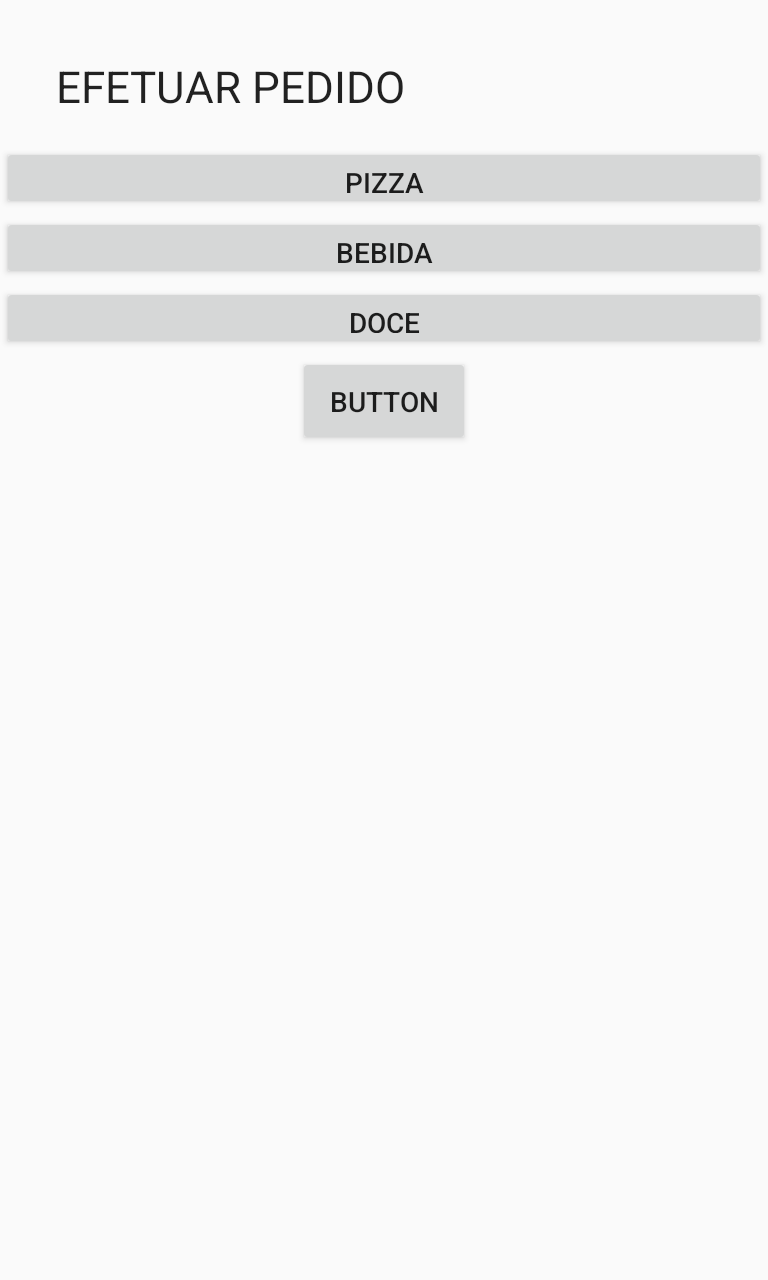
Repository: LucasSampaio/SysPizza-PSI
Layout: CodigoFonte/MOBILE/SysPizza/res/layout/activity_efetuar_pedido.xml
The author's editor kept a copy of each file at every save. The layout is drawn from the files as they stood at one save, then again after the next save.
It is drawn on a 768 x 1280 px phone screen (xhdpi) without system bars, with theme AppTheme; the app's code is not run.

Above is the layout before, as saved 2014-09-25 13:08:12.

### CodigoFonte/MOBILE/SysPizza/res/layout/activity_efetuar_pedido.xml
<?xml version="1.0" encoding="utf-8"?>
<RelativeLayout xmlns:android="http://schemas.android.com/apk/res/android"
    android:layout_width="match_parent"
    android:layout_height="match_parent"
    android:orientation="vertical" >

    <TextView
        android:id="@+id/textView1"
        android:layout_width="wrap_content"
        android:layout_height="wrap_content"
        android:layout_alignParentLeft="true"
        android:layout_alignParentTop="true"
        android:layout_marginLeft="28dp"
        android:layout_marginTop="28dp"
        android:text="EFETUAR PEDIDO"
        android:textAppearance="?android:attr/textAppearanceLarge" />

    <Button
        android:id="@+id/btPizzaEfetuarPedido"
        android:layout_width="fill_parent"
        android:layout_height="35dp"
        android:layout_below="@+id/textView1"
        android:layout_centerHorizontal="true"
        android:layout_marginTop="14dp"
        android:text="Pizza" />

    <Button
        android:id="@+id/btBebidaEfetuarPedido"
        android:layout_width="fill_parent"
        android:layout_height="35dp"
        android:layout_below="@+id/btPizzaEfetuarPedido"
        android:layout_centerHorizontal="true"
        android:text="Bebida" />

    <Button
        android:id="@+id/btDoceEfetuarPedido"
        android:layout_width="fill_parent"
        android:layout_height="35dp"
        android:layout_alignParentRight="true"
        android:layout_below="@+id/btBebidaEfetuarPedido"
        android:text="Doce" />

    <Button
        android:id="@+id/btSanduicheEfetuarPedido"
        android:layout_width="wrap_content"
        android:layout_height="wrap_content"
        android:layout_below="@+id/btDoceEfetuarPedido"
        android:layout_centerHorizontal="true"
        android:text="Button" />

</RelativeLayout>

Loaded but not shown: CodigoFonte/MOBILE/SysPizza/res/values/styles.xml (common file); CodigoFonte/MOBILE/SysPizza/res/values-v11/styles.xml (common file); CodigoFonte/MOBILE/SysPizza/res/values-v14/styles.xml (common file)

After the next save:
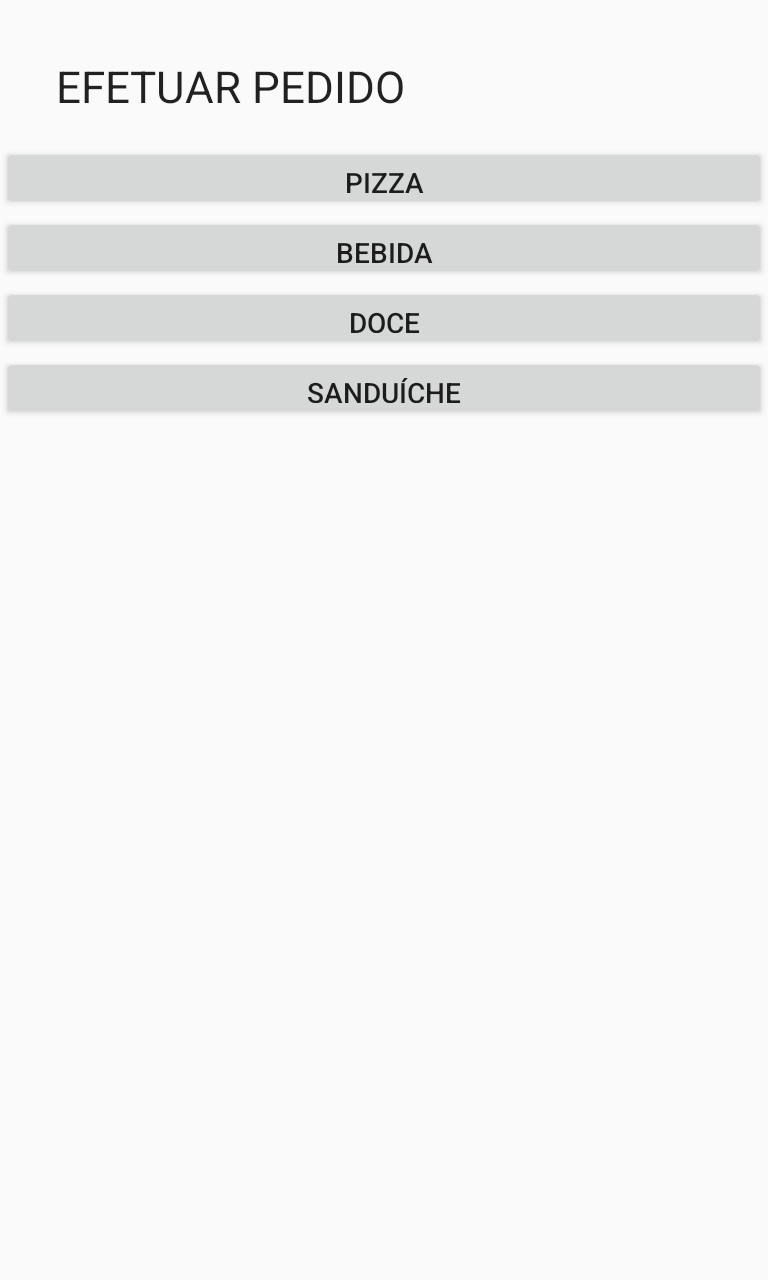
Saved 12 s later.
--- a/CodigoFonte/MOBILE/SysPizza/res/layout/activity_efetuar_pedido.xml
+++ b/CodigoFonte/MOBILE/SysPizza/res/layout/activity_efetuar_pedido.xml
@@ -42,10 +42,10 @@
 
     <Button
         android:id="@+id/btSanduicheEfetuarPedido"
-        android:layout_width="wrap_content"
-        android:layout_height="wrap_content"
+        android:layout_width="fill_parent"
+        android:layout_height="35dp"
         android:layout_below="@+id/btDoceEfetuarPedido"
         android:layout_centerHorizontal="true"
-        android:text="Button" />
+        android:text="Sanduíche" />
 
 </RelativeLayout>
